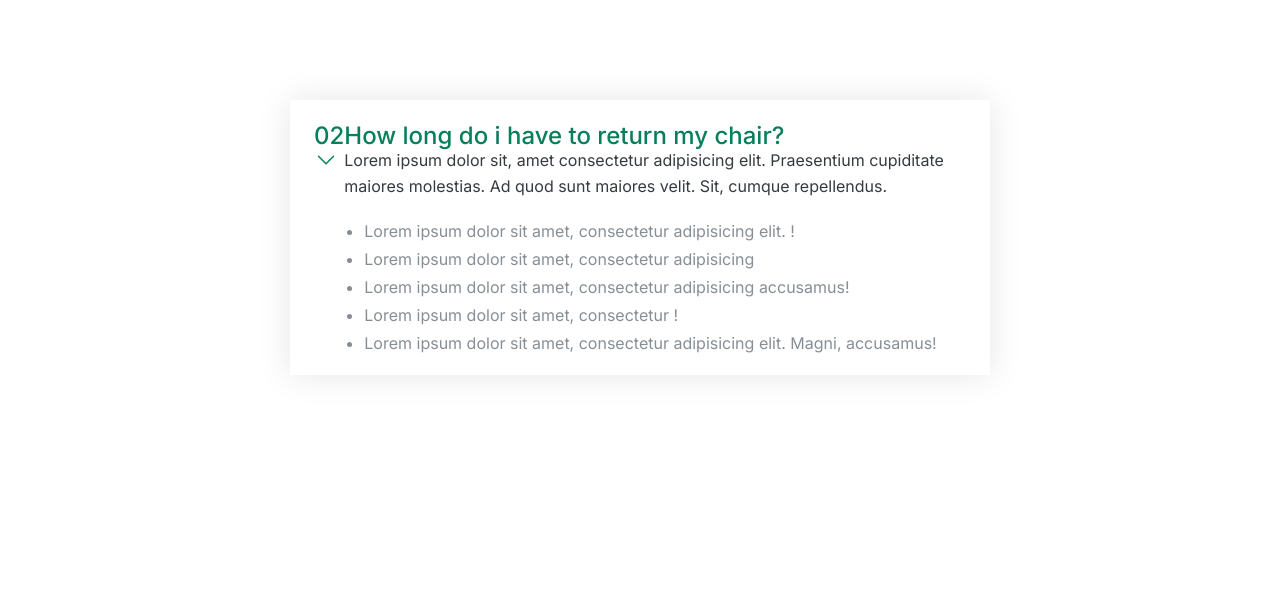
Repository: sunny070/CSS
Page: HTML and CSS some of the important components/index.html
An editor plug-in stored every save of this project. The page is shown before and after the next save, followed by the edit.
The browser window is 1280 px wide. The pictures show the whole page.

Above is the page before, as saved 2023-11-13 15:19:11.

### HTML and CSS some of the important components/index.html
<!DOCTYPE html>
<html lang="en">
  <head>
    <meta charset="UTF-8" />
    <meta name="viewport" content="width=device-width, initial-scale=1.0" />
    <title>Accordion Components</title>
    <link
      href="https://fonts.googleapis.com/css2?family=Inter:wght@400;500;700&display=swap"
      rel="stylesheet"
    />
    <style>
      /*
    SPACING SYSTEM (px)
    2 / 4 / 8 / 12 / 16 / 24 / 32 / 48 / 64 / 80 / 96 / 128

    FONT SIZE SYSTEM (px)
    10 / 12 / 14 / 16 / 18 / 20 / 24 / 30 / 36 / 44 / 52 / 62 / 74 / 86 / 98
    */

      /*
    MAIN COLOR: #087f5b
    GREY COLOR: #343a40
    */

      * {
        margin: 0;
        padding: 0;
        box-sizing: border-box;
      }

      /* ------------------------ */
      /* GENERAL STYLES */
      /* ------------------------ */
      body {
        font-family: "Inter", sans-serif;
        color: #343a40;
        line-height:1;
      }
      .accordion
      {
        width:700px;
        margin: 100px auto;

      }
      .item{
        box-shadow: 0 0 32px rgba(0,0,0,0.1);
        padding: 24px;
        display: grid;
        grid-template-columns: auto  auto;
      }
      .number ,.text{
        font-size: 24px;
        font-weight: 500;
        color:#087f5b;
      }

      .icon{
        width: 24px;
        height: 24px;
        stroke: #087f5b;
      }
      .hidden-box{

      }
      .hidden-box p{
        line-height: 1.6;
        margin-bottom: 24px;
      }
      .hidden-box ul{
        color:#868e96;
        margin-left: 20px;
        display:flex;
        flex-direction: column;
        gap: 12px;

      }
      /* .hidden-box li{
        margin-bottom: 12px;
      } */
    </style>
  </head>
  <body>
<div class="accordion">
  <div class="item">
  <p class="number"> 02</p>
  <p class="text">How long do i have to return my chair?</p>
  <svg class="icon" xmlns="http://www.w3.org/2000/svg" fill="none" viewBox="0 0 24 24" stroke-width="1.5" stroke="currentColor" class="w-6 h-6">
    <path stroke-linecap="round" stroke-linejoin="round" d="M19.5 8.25l-7.5 7.5-7.5-7.5" />
  </svg>
  <div class="hidden-box">
    <p>Lorem ipsum dolor sit, amet consectetur adipisicing elit. Praesentium cupiditate maiores molestias. Ad quod sunt maiores velit. Sit, cumque repellendus.</p>
    <ul>
      <li>Lorem ipsum dolor sit amet, consectetur adipisicing elit. !</li>
      <li>Lorem ipsum dolor sit amet, consectetur adipisicing</li>
      <li>Lorem ipsum dolor sit amet, consectetur adipisicing  accusamus!</li>
      <li>Lorem ipsum dolor sit amet, consectetur !</li>
      <li>Lorem ipsum dolor sit amet, consectetur adipisicing elit. Magni, accusamus!</li>

    </ul>
  </div>
  </div>

</div>

  </body>
</html>

After the next save:
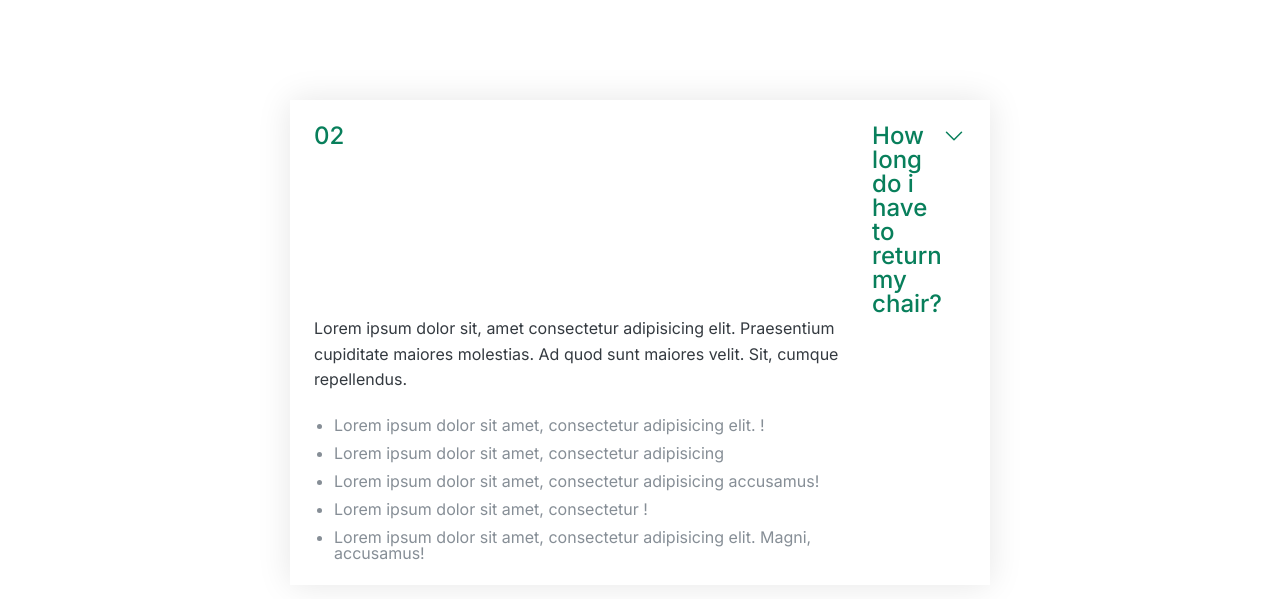
Saved 5 s later.
--- a/HTML and CSS some of the important components/index.html
+++ b/HTML and CSS some of the important components/index.html
@@ -46,7 +46,7 @@
         box-shadow: 0 0 32px rgba(0,0,0,0.1);
         padding: 24px;
         display: grid;
-        grid-template-columns: auto  auto;
+        grid-template-columns: auto 1fr auto;
       }
       .number ,.text{
         font-size: 24px;
